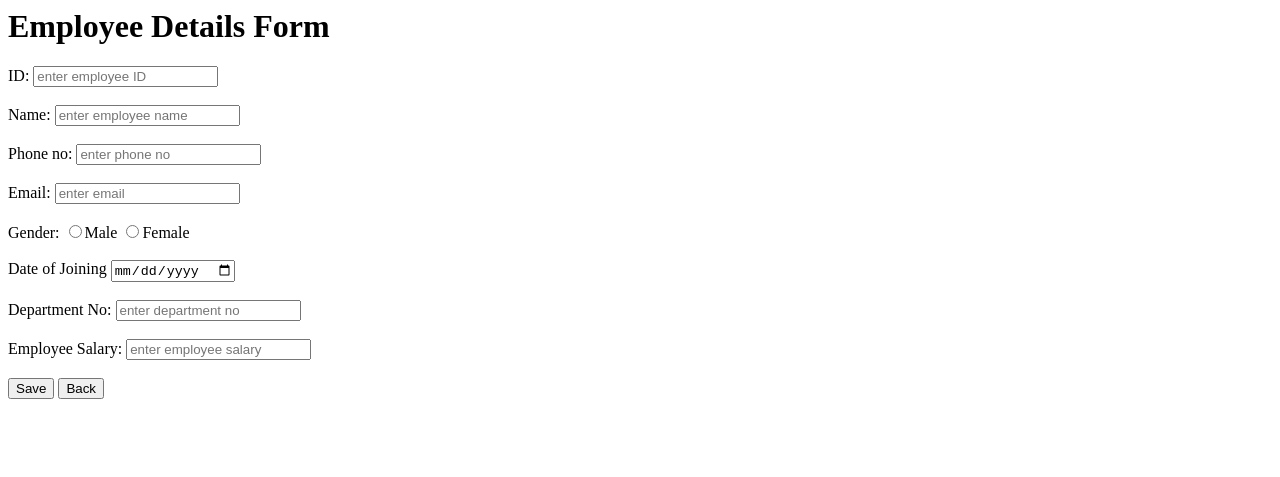
Repository: projects-collab/SpringBoot
Page: http://localhost/employee
The author's editor kept a copy of each file at every save. The page is drawn from the files as they stood at one save, then again after the next save.
The browser window is 1280 px wide. The pictures show the whole page.
The page is this project's Thymeleaf template; nobody is signed in. The template is opened directly, without the code that normally fills it, so the values that code supplies are empty.

Above is the page before, as saved 2024-12-22 12:25:49.

After the next save:
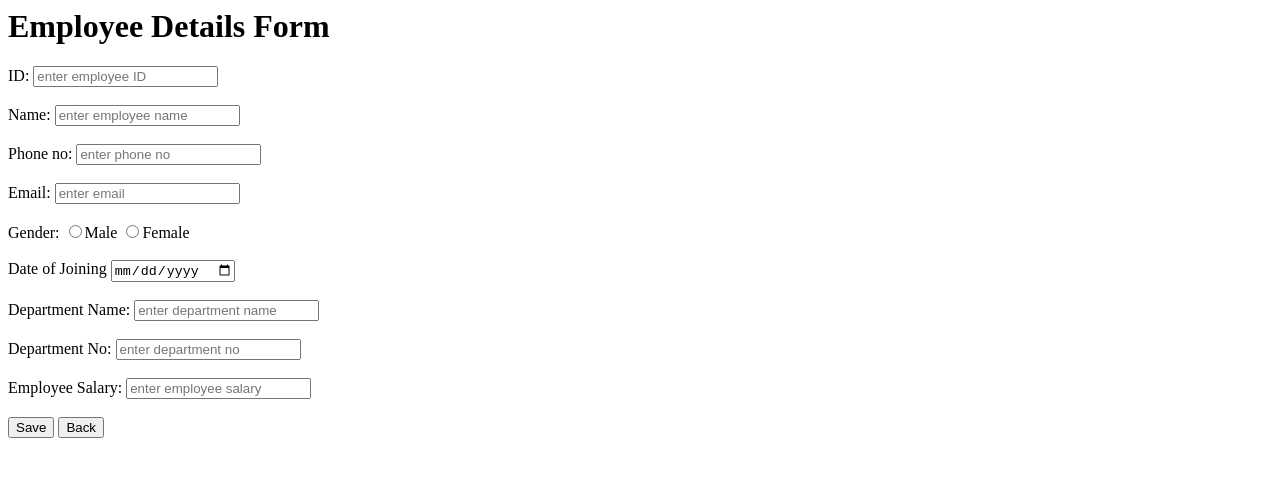
Saved 53 s later.
--- a/Springbootemployeeproject/src/main/resources/templates/employee.html
+++ b/Springbootemployeeproject/src/main/resources/templates/employee.html
@@ -19,7 +19,7 @@
 
 			<label> Email: </label>
 		    <input type="email" name="email" placeholder="enter email" required>
-						<br><br>
+			<br><br>
 
 			<label> Gender: </label>
 			<input type="radio" name="gender" value="Male">Male
@@ -29,6 +29,10 @@
 			<label>Date of Joining </label>
 			<input type="date" name="doj" required>
 			<br><br>
+
+			<label>Department Name:</label>
+						<input type="text" name="deptname" placeholder="enter department name" required>
+						<br><br>
 
 			<label>Department No:</label>
 			<input type="number" name="deptno" placeholder="enter department no" required>
